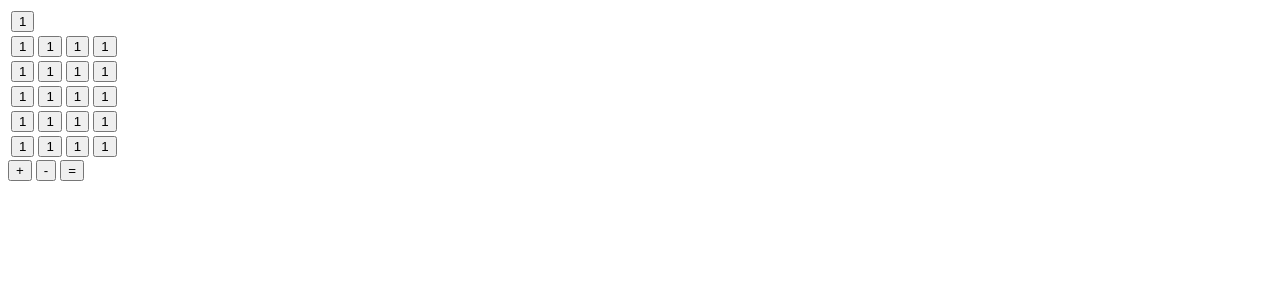
Repository: water-case/Servlet_JSP_JSPMVC
Page: workspace/JSPPrj/src/main/webapp/calc3.html
These files come from the project's save history. The page is drawn as it stood at one moment and after the next save; the edit follows.
The browser window is 1280 px wide. The pictures show the whole page.

Above is the page before, as saved 2021-08-26 03:48:57.

### workspace/JSPPrj/src/main/webapp/calc3.html
<!DOCTYPE html>
<html>
<head>
<meta charset="UTF-8">
<title>Insert title here</title>
</head>
<body>
	<div>
		<form action="calc3" method="post">
			<table>
				<tr>
					<td><input type="submit" name="operator" value="1" /></td>
				</tr>
				<tr>
					<td><input type="submit" name="operator" value="1" /></td>
					<td><input type="submit" name="operator" value="1" /></td>
					<td><input type="submit" name="operator" value="1" /></td>
					<td><input type="submit" name="operator" value="1" /></td>
				</tr>
				<tr>
					<td><input type="submit" name="operator" value="1" /></td>
					<td><input type="submit" name="operator" value="1" /></td>
					<td><input type="submit" name="operator" value="1" /></td>
					<td><input type="submit" name="operator" value="1" /></td>
				</tr>
				<tr>
					<td><input type="submit" name="operator" value="1" /></td>
					<td><input type="submit" name="operator" value="1" /></td>
					<td><input type="submit" name="operator" value="1" /></td>
					<td><input type="submit" name="operator" value="1" /></td>
				</tr>
				<tr>
					<td><input type="submit" name="operator" value="1" /></td>
					<td><input type="submit" name="operator" value="1" /></td>
					<td><input type="submit" name="operator" value="1" /></td>
					<td><input type="submit" name="operator" value="1" /></td>
				</tr>
				<tr>
					<td><input type="submit" name="operator" value="1" /></td>
					<td><input type="submit" name="operator" value="1" /></td>
					<td><input type="submit" name="operator" value="1" /></td>
					<td><input type="submit" name="operator" value="1" /></td>
				</tr>
			</table>
			<div>
				<input type="submit" name="operator" value="+" />
				<input type="submit" name="operator" value="-" />
				<input type="submit" name="operator" value="=" />
			</div>
		</form>
	</div>
</body>
</html>

After the next save:
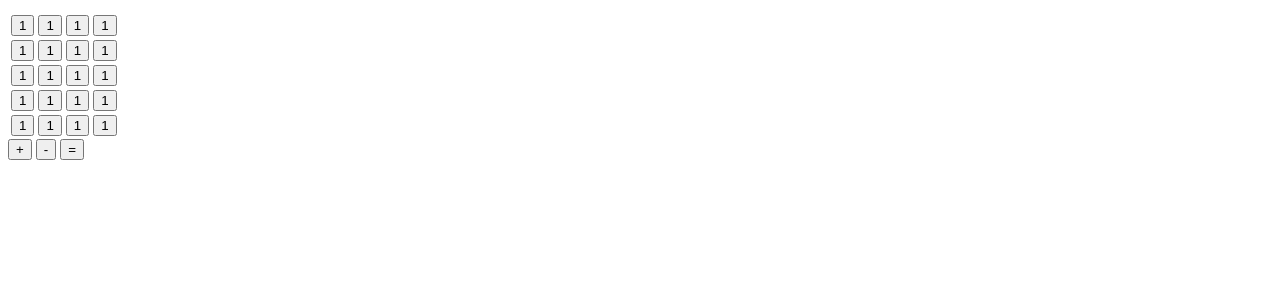
Saved 7 s later.
--- a/workspace/JSPPrj/src/main/webapp/calc3.html
+++ b/workspace/JSPPrj/src/main/webapp/calc3.html
@@ -9,7 +9,7 @@
 		<form action="calc3" method="post">
 			<table>
 				<tr>
-					<td><input type="submit" name="operator" value="1" /></td>
+					<td></td>
 				</tr>
 				<tr>
 					<td><input type="submit" name="operator" value="1" /></td>
